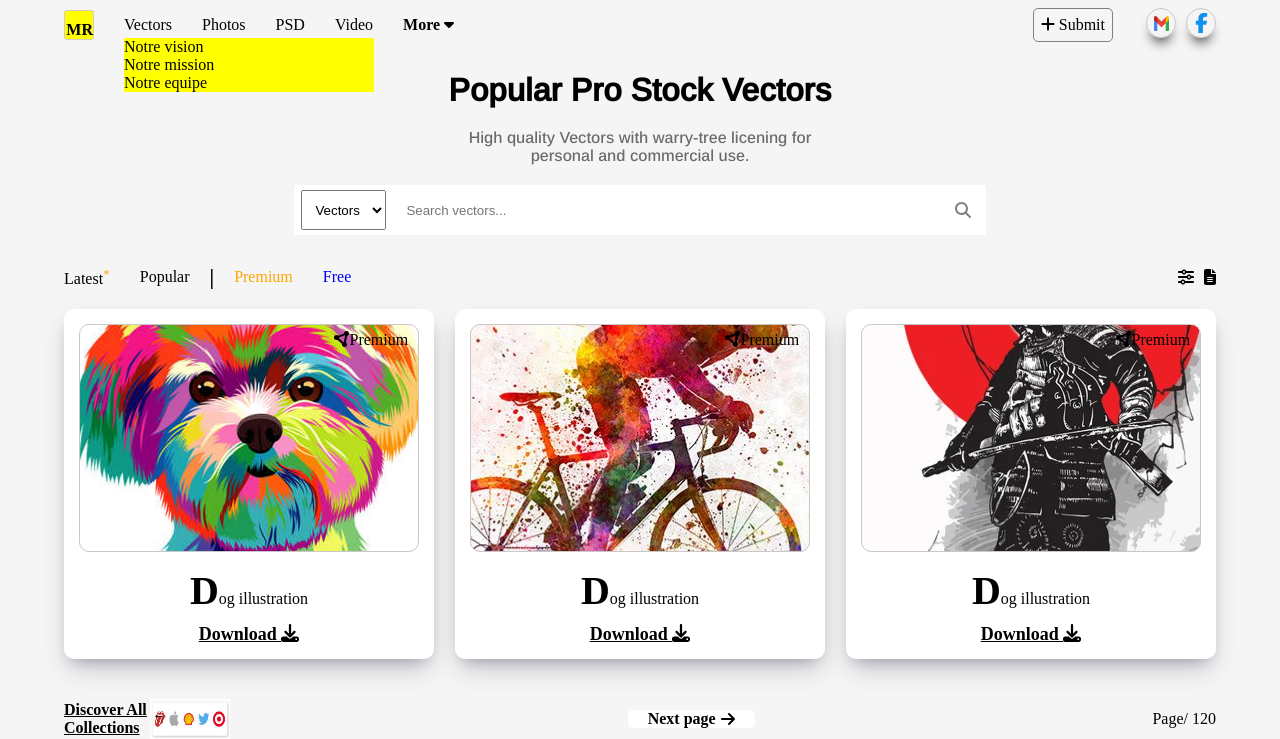
Repository: kegbaDev/VectorTemplate
Page: /
The author's editor kept a copy of each file at every save. The page is drawn from the files as they stood at one save, then again after the next save.
The browser window is 1280 px wide. The pictures show the whole page.
The project was rebuilt for these pictures with package versions that can differ from the ones it lists, and the page was loaded fresh each time. Also part of the build but not shown: vite.config.js.

Above is the page before, as saved 2023-04-14 01:52:56.

### index.html
<!DOCTYPE html>
<html lang="en">
  <head>
    <meta charset="UTF-8" />
    <link rel="icon" href="/favicon.ico" />
    <meta name="viewport" content="width=device-width, initial-scale=1.0" />
    <title>Vite App</title>
  </head>
  <body style="background-color: rgb(245, 245, 245)">
    <div id="app"></div>
    <script type="module" src="/src/main.js"></script>
  </body>
</html>

### src/main.js
import { createApp } from 'vue'
import App from './App.vue'

// fontawesome importation
import '@fortawesome/fontawesome-free/css/all.css'
import '@fortawesome/fontawesome-free/js/all.js'

createApp(App).mount('#app')

### src/App.vue
<template>
<div class="wrapper">
  <div class="navbar">
    <div class="left bounce">
      <div class="logo">MR</div>
      <ul>
        <li>
          Vectors
          <div class="sous_menu">
            <ul class="liens">
              <li class="lien">Notre vision</li>
              <li class="lien">Notre mission</li>
              <li class="lien">Notre equipe</li>
            </ul>
          </div>
        </li>
        <li>Photos</li>
        <li>PSD</li>
        <li>Video</li>
        <li><span class="more" >More</span><i class="fa-solid fa-caret-down"></i></li>
      </ul>
    </div>
    <div class="right">
      <div class="submit">
        <i class="fa-solid fa-plus"></i>
        Submit
      </div>
      <div class="logo_collection">
        <div class="logo_card">
          <img src="./assets/gmail-logo-16.png" alt="google-icon" width="15px" height="15px">
        </div>
        <div class="logo_card">
          <i class="fa-brands fa-facebook-f" style="color: #1191ee; width: 25px;height: 20px;"></i>
        </div>
      </div>
    </div>
  </div>


  <!-- Second component -->


  <div class="text_section">
    <h1 class="title slideInUp">Popular Pro Stock Vectors</h1>
    <p class="paragraph slideInUp">
      High quality Vectors with warry-tree licening for <br>
      personal and commercial use.
    </p>
    <div class="input_card slideInRight">
      <select name="" id="">
        <option value="value1">Vectors</option>
        <option value="value2">Vectors</option>
      </select>
      <input type="text" placeholder="Search vectors... ">
      <i class="fa-solid fa-magnifying-glass" style="color: grey; margin-right: 15px;"></i>
    </div>
  </div>

  <!-- Third component -->

  <div class="row">
    <div class="left-row">
      <ul>
        <li>Latest<sup style="color:orange">*</sup></li>
        <li>Popular</li>
      </ul>
      <span class="pipe">
        |
      </span>
      <ul>
        <li style="color:orange">Premium</li>
        <li style="color:blue">Free</li>
      </ul>
    </div>
    <div class="right-row">
      <i class="fa-solid fa-sliders"></i>
      <i class="fa-solid fa-file-lines"></i>
    </div>
  </div>

  <!-- Fourth component  -->

  <div class="card_content slideInUp">
    <div class="main_card">
      <div class="image_and_text_space">
        <i class="fa-solid fa-circle-nodes"></i>Premium
      </div>
      <p style="margin-bottom: 10px;"><span style="text-transform: uppercase; font-weight: bolder; font-size: 40px;">D</span>og illustration</p>
      <p class="download">Download <i class="fa-solid fa-download"></i></p>
    </div>
    <div class="main_card">
      <div class="image_and_text_space2">
        <i class="fa-solid fa-circle-nodes"></i>Premium
      </div>
      <p style="margin-bottom: 10px;"><span style="text-transform: uppercase; font-weight: bolder; font-size: 40px;">D</span>og illustration</p>
      <p class="download">Download <i class="fa-solid fa-download"></i></p>
    </div>
    <div class="main_card">
      <div class="image_and_text_space3">
        <!-- <img src="./assets/154416(1).svg" width="209px" height="300px" alt=""> -->
        <i class="fa-solid fa-circle-nodes"></i>Premium
      </div>
      <p style="margin-bottom: 10px;"><span style="text-transform: uppercase; font-weight: bolder; font-size: 40px;">D</span>og illustration</p>
      <p class="download">Download <i class="fa-solid fa-download"></i></p>
    </div>
    <!-- <div class="main_card">
      <div class="image_and_text_space">
        Premium
      </div>
      <p>Dog illustration</p>
      <p class="download">Download<i class="fa-solid fa-download"></i></p>
    </div>
    <div class="main_card">
      <div class="image_and_text_space">
        Premium
      </div>
      <p>Dog illustration</p>
      <p class="download">Download<i class="fa-solid fa-download"></i></p>
    </div> -->
  </div>

  <!-- Last component -->
  <div class="last_row">
    <div class="start">
      <div class="part">
        Discover All <br>
        Collections
      </div>
      <img src="./assets/imagesfinal.jpg" alt="" style="width: 80px; height: 40px;">
    </div>
    <div class="between">
      Next page <i class="fa-solid fa-arrow-right"></i>
    </div>
    <div class="end">
      Page/ 120
    </div>
  </div>
</div>




</template>

<script setup>

</script>


<style scoped>
@import url('https://fonts.googleapis.com/css2?family=Arimo:wght@500&display=swap');
.wrapper{
  height: 100vh;
  width: 90vw;
  margin:auto;
}
*{
  padding: 0px;
  margin: 0px;
  box-sizing: border-box;
  /* font-family: 'Arimo', sans-serif; */
}
.left{
  display: flex;
  align-items: center;
}

ul{
  list-style: none;
  display: flex;
  gap: 30px;
  margin-left: 30px;
}
ul li{
  cursor: pointer;
}
.more{
  font-weight: bolder;
  padding-right: 4px;
}
.logo{
  width: 30px;
  height: 30px;
  border: 1px solid rgb(214, 201, 201);
  background-color: yellow;
  font-weight: bolder;
  display: flex;
  justify-content: end;
  align-items: end;
  border-radius: 3px;
  cursor: pointer;
}
.navbar{
  display: flex;
  justify-content: space-between;
}
.right{
  display: flex;
  gap: 3px;
}
.submit{
  border: 1px solid gray;
  padding: 7px;
  margin-right: 30px;
  border-radius: 5px;
  background-color: rgba(234, 233, 233, 0.03);
  cursor: pointer;
  transition: all 400ms ease-in-out;
}
.submit:hover{
  background-color: yellow;
  /* font-weight: bolder; */
  scale: 1.1;
}
.logo_collection{
  display: flex;
  gap: 10px;
}
.logo_card{
  width: 30px;
  height: 30px;
  border: 1px solid black;
  display: flex;
  align-items: center;
  justify-content: center;
  border-radius: 50%;
  border-color: rgb(202, 198, 198);
  -webkit-box-shadow: 0px 10px 13px -7px #000000, -2px -2px 15px 6px rgba(26,17,18,0);
  box-shadow: 0px 10px 13px -7px #000000, -2px -2px 15px 6px rgba(26,17,18,0);
  cursor: pointer;transition: all 300ms ease-in-out;

}
.logo_card:hover{
  -webkit-box-shadow: 0px 10px 13px -7px #000000, -2px -2px 15px 6px rgba(26,17,18,0);
  box-shadow: 0px 10px 13px -7px #000000, -2px -2px 15px 6px rgba(26,17,18,0);
  scale: 1.2;

}

              /* Menu deroulant */
.sous_menu .liens{
  position: absolute;
  display: block;
  background-color: yellow;
  width: 250px;
  margin-left: 0px;
  top: 30px;
}

              /* Menu deroulant */

/* Second composant */

.text_section{
  margin: 30px auto;
  text-align: center;
}
.title{
  font-family: 'Arimo', sans-serif;
  margin-bottom: 20px;
}
.paragraph{
  font-family: 'Arimo', sans-serif;
  margin-bottom: 20px;
  color: rgb(107, 106, 106);
}
.input_card{
  width: 60%;
  height: 50px;
  background-color: white;
  margin: auto;
  display: flex;
  align-items: center;
  border-radius: 2px;
}
input{
  width: 100%;
  padding-left: 20px;
  border: none;
}
input, select{
  height: 40px;
}
select{
  padding: 9px;
  margin-left: 7px;
}

/* Third component */
.row{
  display: flex;
  justify-content: space-between;
  margin-bottom: 20px;
}
.left-row ul{
  margin: 0px;
  padding: 0px;
  display: flex;
  align-items: center;
}
.left-row, .right-row{
  display: flex;
  align-items: center;
}
.pipe{
  margin: 0px 20px;
}

.pipe{
  font-weight: bolder;
  font-size: 1.3em;
}
.right-row{
  gap: 10px;
}

/* Fourth component */

.card_content{
  display: flex;
  justify-content: space-between;
}
.main_card{
  min-width: 370px;
  min-height: 350px;
  /* border: 1px solid black; */
  border-radius: 10px;
  background-color: white;
  box-shadow: rgba(50, 50, 93, 0.25) 0px 13px 27px -5px, rgba(0, 0, 0, 0.3) 0px 8px 16px -8px;
  padding-bottom: 25px;
  cursor: pointer;
  transition: all 400ms ease-in-out;
}
.main_card:hover{
  scale: 1.02;
}
.main_card p{
  text-align: center;
}
.download{
  font-weight: bolder;
  text-decoration: underline;
  font-size: large;
}
.image_and_text_space{
  padding-top: 6px;
  padding-right: 10px;
  text-align: end;
  height: 70%;
  width: 92%;
  border: 1px solid rgb(201, 199, 199);
  border-radius: 10px;
  margin: 15px auto;
  background-image: url(./assets/chien_color.jpg);
  background-repeat: no-repeat;
  background-position: center;
}
.image_and_text_space2{
  background-image: url(./assets/velo.jpg) !important;
  padding-top: 6px;
  padding-right: 10px;
  text-align: end;
  height: 70%;
  width: 92%;
  border: 1px solid rgb(201, 199, 199);
  border-radius: 10px;
  margin: 15px auto;
  background-repeat: no-repeat;
  background-position: center;
}
.image_and_text_space3{
  background-image: url(./assets/sa.webp) !important;
  padding-top: 6px;
  padding-right: 10px;
  text-align: end;
  height: 70%;
  width: 92%;
  border: 1px solid rgb(201, 199, 199);
  border-radius: 10px;
  margin: 15px auto;
  background-repeat: no-repeat;
  /* object-fit: contain; */
  background-position: center;
}

/* Animation */

.bounce {
  -webkit-animation-name: bounce;
  animation-name: bounce;
  -webkit-transform-origin: center bottom;
  -ms-transform-origin: center bottom;
  transform-origin: center bottom;
  -webkit-animation-duration: 1s;
  animation-duration: 1s;
  -webkit-animation-fill-mode: both;
  animation-fill-mode: both;
  }
  @-webkit-keyframes bounce {
  0%, 20%, 53%, 80%, 100% {
  -webkit-transition-timing-function: cubic-bezier(0.215, 0.610, 0.355, 1.000);
  transition-timing-function: cubic-bezier(0.215, 0.610, 0.355, 1.000);
  -webkit-transform: translate3d(0,0,0);
  transform: translate3d(0,0,0);
  }
  40%, 43% {
  -webkit-transition-timing-function: cubic-bezier(0.755, 0.050, 0.855, 0.060);
  transition-timing-function: cubic-bezier(0.755, 0.050, 0.855, 0.060);
  -webkit-transform: translate3d(0, -30px, 0);
  transform: translate3d(0, -30px, 0);
  }
  70% {
  -webkit-transition-timing-function: cubic-bezier(0.755, 0.050, 0.855, 0.060);
  transition-timing-function: cubic-bezier(0.755, 0.050, 0.855, 0.060);
  -webkit-transform: translate3d(0, -15px, 0);
  transform: translate3d(0, -15px, 0);
  }
  90% {
  -webkit-transform: translate3d(0,-4px,0);
  transform: translate3d(0,-4px,0);
  }
  }

  @keyframes bounce {
  0%, 20%, 53%, 80%, 100% {
  -webkit-transition-timing-function: cubic-bezier(0.215, 0.610, 0.355, 1.000);
  transition-timing-function: cubic-bezier(0.215, 0.610, 0.355, 1.000);
  -webkit-transform: translate3d(0,0,0);
  transform: translate3d(0,0,0);
  }
  40%, 43% {
  -webkit-transition-timing-function: cubic-bezier(0.755, 0.050, 0.855, 0.060);
  transition-timing-function: cubic-bezier(0.755, 0.050, 0.855, 0.060);
  -webkit-transform: translate3d(0, -30px, 0);
  transform: translate3d(0, -30px, 0);
  }
  70% {
  -webkit-transition-timing-function: cubic-bezier(0.755, 0.050, 0.855, 0.060);
  transition-timing-function: cubic-bezier(0.755, 0.050, 0.855, 0.060);
  -webkit-transform: translate3d(0, -15px, 0);
  transform: translate3d(0, -15px, 0);
  }
  90% { -webkit-transform: translate3d(0,-4px,0); transform: translate3d(0,-4px,0);
  }
}
.slideInUp {
  -webkit-animation-name: slideInUp;
  animation-name: slideInUp;
  -webkit-animation-duration: 1s;
  animation-duration: 1s;
  -webkit-animation-fill-mode: both;
  animation-fill-mode: both;
  }
  @-webkit-keyframes slideInUp {
  0% {
  -webkit-transform: translateY(100%);
  transform: translateY(100%);
  visibility: visible;
  }
  100% {
  -webkit-transform: translateY(0);
  transform: translateY(0);
  }
  }
  @keyframes slideInUp {
  0% {
  -webkit-transform: translateY(100%);
  transform: translateY(100%);
  visibility: visible;
  }
  100% {
  -webkit-transform: translateY(0);
  transform: translateY(0);
  }
}

.slideInRight {
  -webkit-animation-name: slideInRight;
  animation-name: slideInRight;
  -webkit-animation-duration: 1s;
  animation-duration: 1s;
  -webkit-animation-fill-mode: both;
  animation-fill-mode: both;
  }
  @-webkit-keyframes slideInRight {
  0% {
  -webkit-transform: translateX(100%);
  transform: translateX(100%);
  visibility: visible;
  }
  100% {
  -webkit-transform: translateX(0);
  transform: translateX(0);
  }
  }
  @keyframes slideInRight {
  0% {
  -webkit-transform: translateX(100%);
  transform: translateX(100%);
  visibility: visible;
  }
  100% {
  -webkit-transform: translateX(0);
  transform: translateX(0);
  }
  }

.slideInUp {
  -webkit-animation-name: slideInUp;
  animation-name: slideInUp;
  -webkit-animation-duration: 1s;
  animation-duration: 1s;
  -webkit-animation-fill-mode: both;
  animation-fill-mode: both;
  }
  @-webkit-keyframes slideInUp {
  0% {
  -webkit-transform: translateY(100%);
  transform: translateY(100%);
  visibility: visible;
  }
  100% {
  -webkit-transform: translateY(0);
  transform: translateY(0);
  }
  }
  @keyframes slideInUp {
  0% {
  -webkit-transform: translateY(100%);
  transform: translateY(100%);
  visibility: visible;
  }
  100% {
  -webkit-transform: translateY(0);
  transform: translateY(0);
  }
}

/* Animation */

/* last component */

.last_row{
  margin-top: 40px;
  margin-bottom: 40px;
  display: flex;
  justify-content: space-between;
  align-items: center;
}
.between{
  font-weight: bolder;
  padding: 0px 20px;
  background-color: white;
  border-radius: 5px;
  display: flex;
  justify-content: center;
  align-items: center;
  gap: 5px;
}
.start{
  display: flex;
  align-items: center;
  gap: 3px;
  text-decoration: underline;
  font-weight: bold;
}
</style>

After the next save:
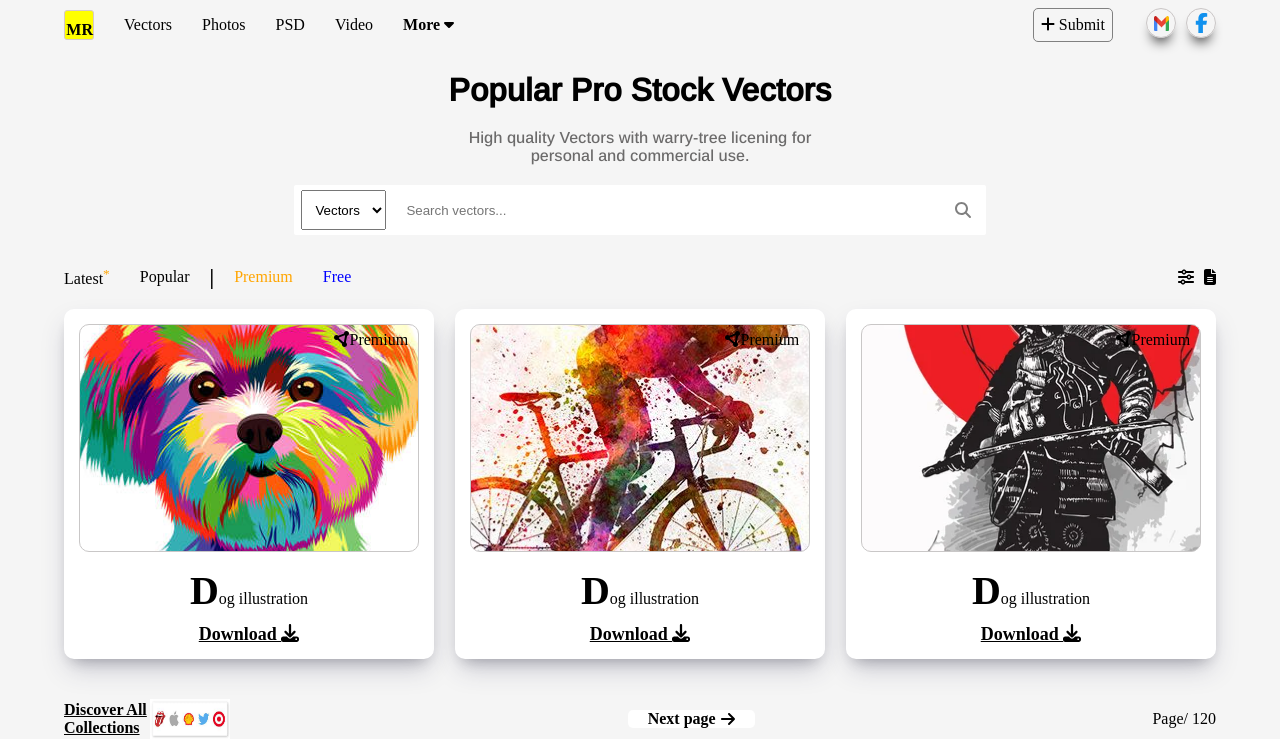
Saved 4 s later.
--- a/src/App.vue
+++ b/src/App.vue
@@ -244,7 +244,7 @@ ul li{
   background-color: yellow;
   width: 250px;
   margin-left: 0px;
-  top: 30px;
+  top: 340px;
 }
 
               /* Menu deroulant */
